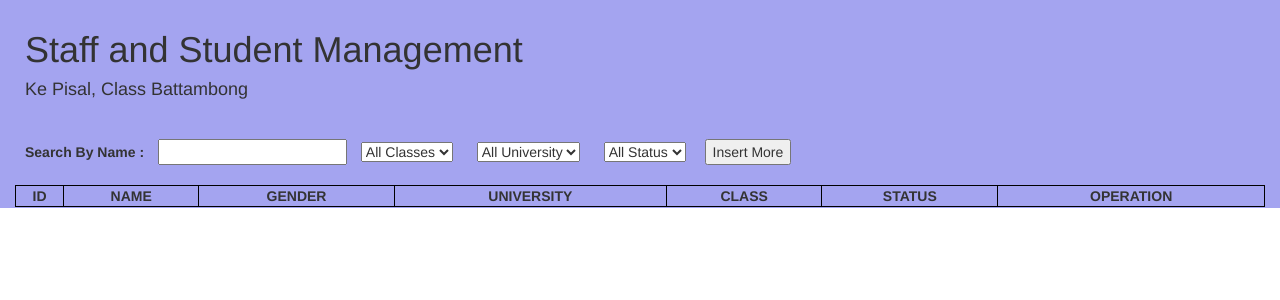
Repository: kepisal/ServletJAVA
Page: http://localhost/AjaxStaffandStudent/
An editor plug-in stored every save of this project. The page is shown before and after the next save, followed by the edit.
The browser window is 1280 px wide. The pictures show the whole page.
The page is served by Tomcat 9. Queries for data that is not in the repository find no rows.

Above is the page before, as saved 2015-07-10 13:40:56.

After the next save:
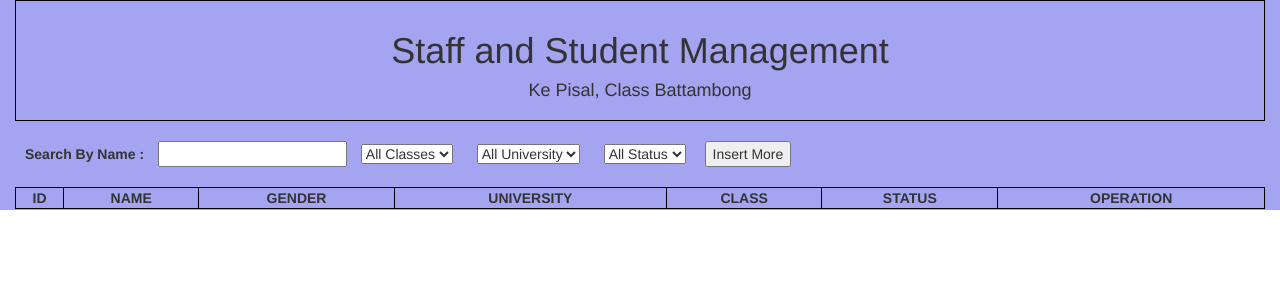
Saved 23 s later.
--- a/AjaxStaffandStudent/WebContent/index.jsp
+++ b/AjaxStaffandStudent/WebContent/index.jsp
@@ -28,7 +28,7 @@ option {
 	height: 23px;
 }
 
-table, th, td {
+table, th, td,#title {
 	border: 1px solid black;
 	border-collapse: collapse;
 	text-align: center;
